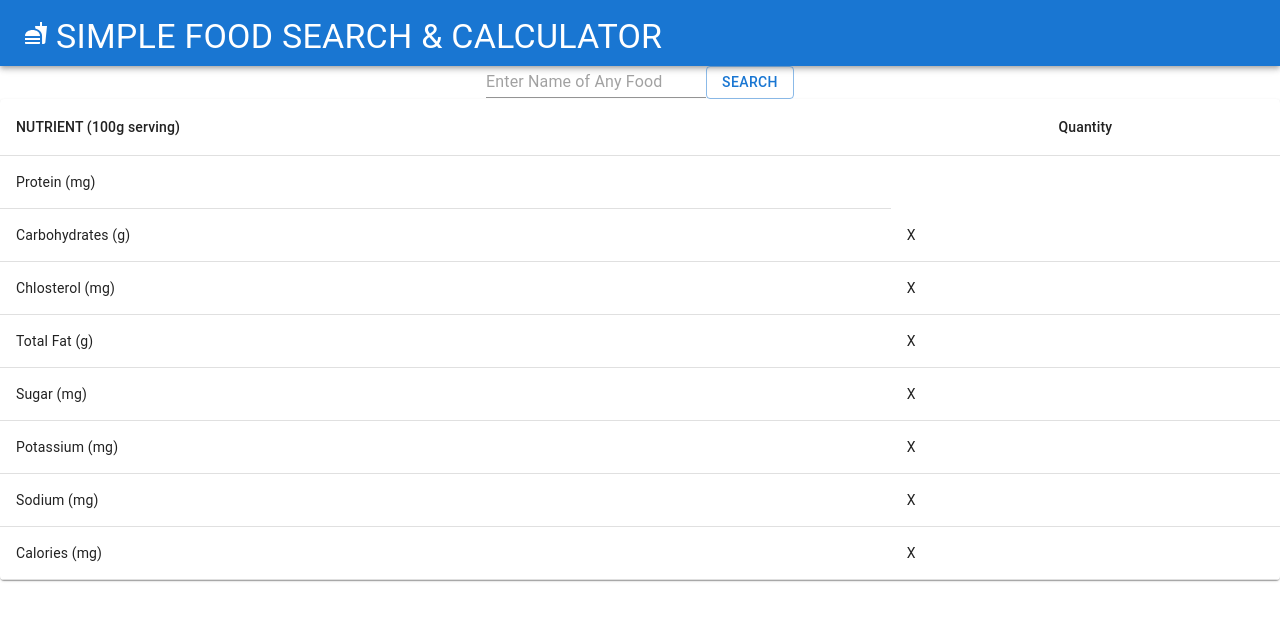
Repository: Mikerr21/Diet-Nutrition-API
Page: /
The author's editor kept a copy of each file at every save. The page is drawn from the files as they stood at one save, then again after the next save.
The browser window is 1280 px wide. The pictures show the whole page.
The project was rebuilt for these pictures with package versions that can differ from the ones it lists, and the page was loaded fresh each time.

Above is the page before, as saved 2022-09-21 15:46:49.

After the next save:
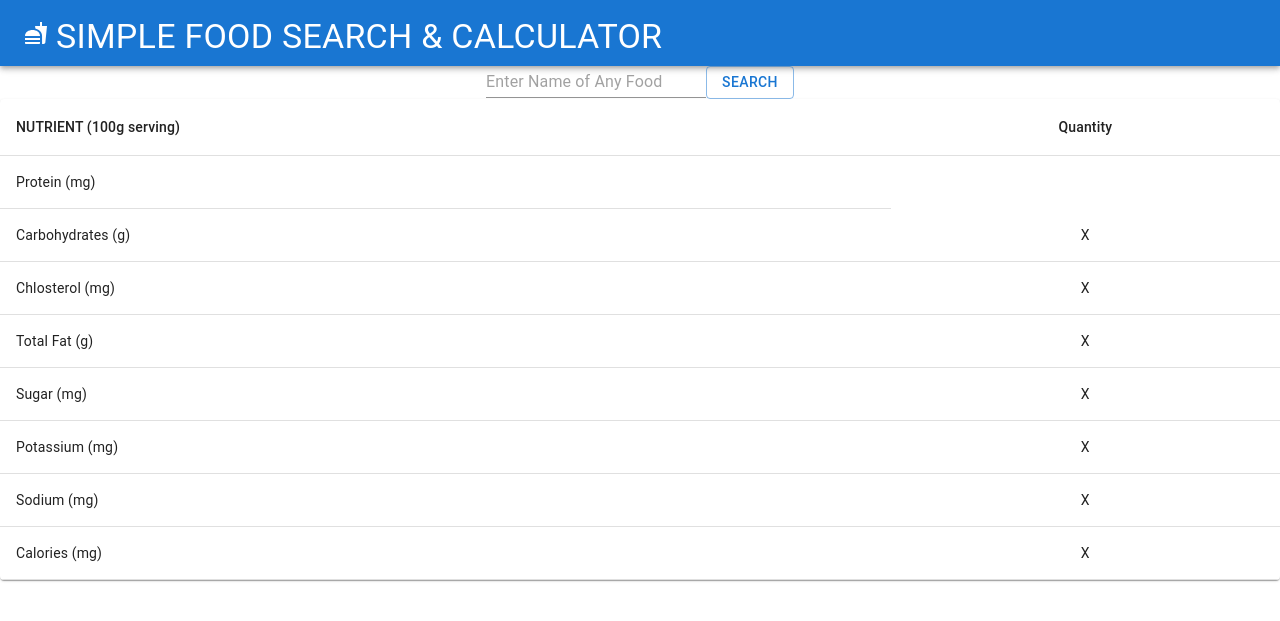
Saved 37 s later.
--- a/src/App.js
+++ b/src/App.js
@@ -112,7 +112,7 @@ function App() {
 									<TableCell>
 										Carbohydrates (g)
 									</TableCell>
-                  <TableCell>
+                  <TableCell align="center">
 										X
 									</TableCell>
 								</TableRow>
@@ -120,7 +120,7 @@ function App() {
 									<TableCell>
 										Chlosterol (mg)
 									</TableCell>
-                  <TableCell>
+                  <TableCell align="center">
 										X
 									</TableCell>
 								</TableRow>
@@ -128,7 +128,7 @@ function App() {
 									<TableCell>
 										Total Fat (g)
 									</TableCell>
-                  <TableCell>
+                  <TableCell align="center">
 										X
 									</TableCell>
 								</TableRow>
@@ -136,7 +136,7 @@ function App() {
 									<TableCell>
 										Sugar (mg)
 									</TableCell>
-                  <TableCell>
+                  <TableCell align="center">
 										X
 									</TableCell>
 								</TableRow>
@@ -144,7 +144,7 @@ function App() {
 									<TableCell>
 										Potassium (mg)
 									</TableCell>
-                  <TableCell>
+                  <TableCell align="center">
 										X
 									</TableCell>
 								</TableRow>
@@ -152,7 +152,7 @@ function App() {
 									<TableCell>
 										Sodium (mg)
 									</TableCell>
-                  <TableCell>
+                  <TableCell align="center">
 										X
 									</TableCell>
 								</TableRow>
@@ -160,7 +160,7 @@ function App() {
 									<TableCell>
 										Calories (mg)
 									</TableCell>
-                  <TableCell>
+                  <TableCell align="center">
 										X
 									</TableCell>
 								</TableRow>
